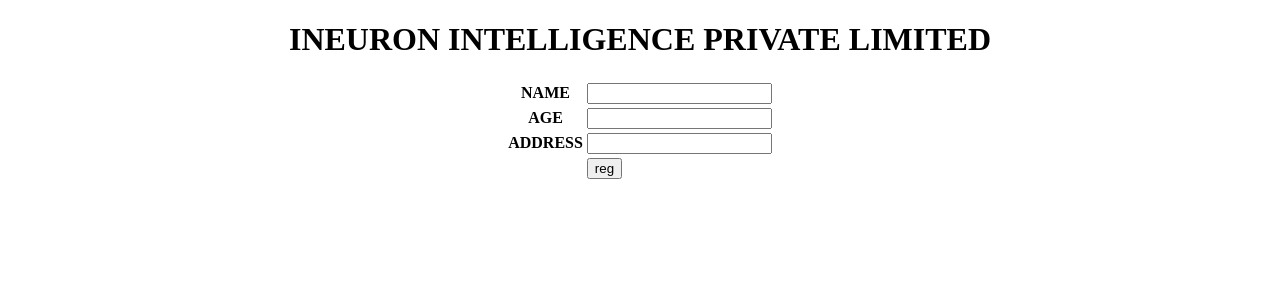
Repository: MukundMurarka1/FSJAVA
Page: eclipse java code practice/ServletConfingAppWithAnnotation/reg.html
The author's editor kept a copy of each file at every save. The page is drawn from the files as they stood at one save, then again after the next save.
The browser window is 1280 px wide. The pictures show the whole page.

Above is the page before, as saved 2023-02-01 16:01:15.

After the next save:
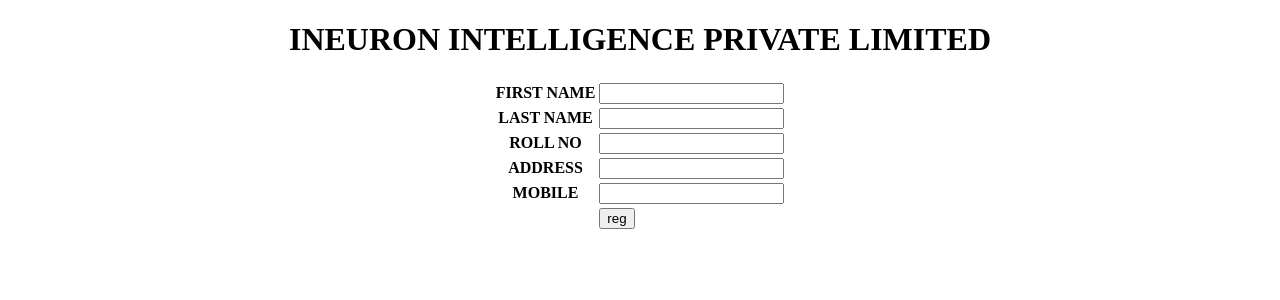
Saved 2 min 21 s later.
--- a/eclipse java code practice/ServletConfingAppWithAnnotation/reg.html
+++ b/eclipse java code practice/ServletConfingAppWithAnnotation/reg.html
@@ -10,21 +10,33 @@
 		<form method="POST" action="./test">
 			<table>
 				<tr>
-					<th>NAME</th>
+					<th>FIRST NAME</th>
 					<td>
-						<input type='text' name='username'/>
+						<input type='text' name='firstname'/>
 					</td>
 				</tr>
 				<tr>
-					<th>AGE</th>
+					<th>LAST NAME</th>
 					<td>
-						<input type='text' name='userage'/>
+						<input type='text' name='lastname'/>
+					</td>
+				</tr>
+				<tr>
+					<th>ROLL NO</th>
+					<td>
+						<input type='text' name='rollno'/>
 					</td>
 				</tr>
 				<tr>
 					<th>ADDRESS</th>
 					<td>
-						<input type='text' name='useraddr'/>
+						<input type='text' name='address'/>
+					</td>
+				</tr>
+				<tr>
+					<th>MOBILE</th>
+					<td>
+						<input type='text' name='mobileno'/>
 					</td>
 				</tr>
 				<tr>
